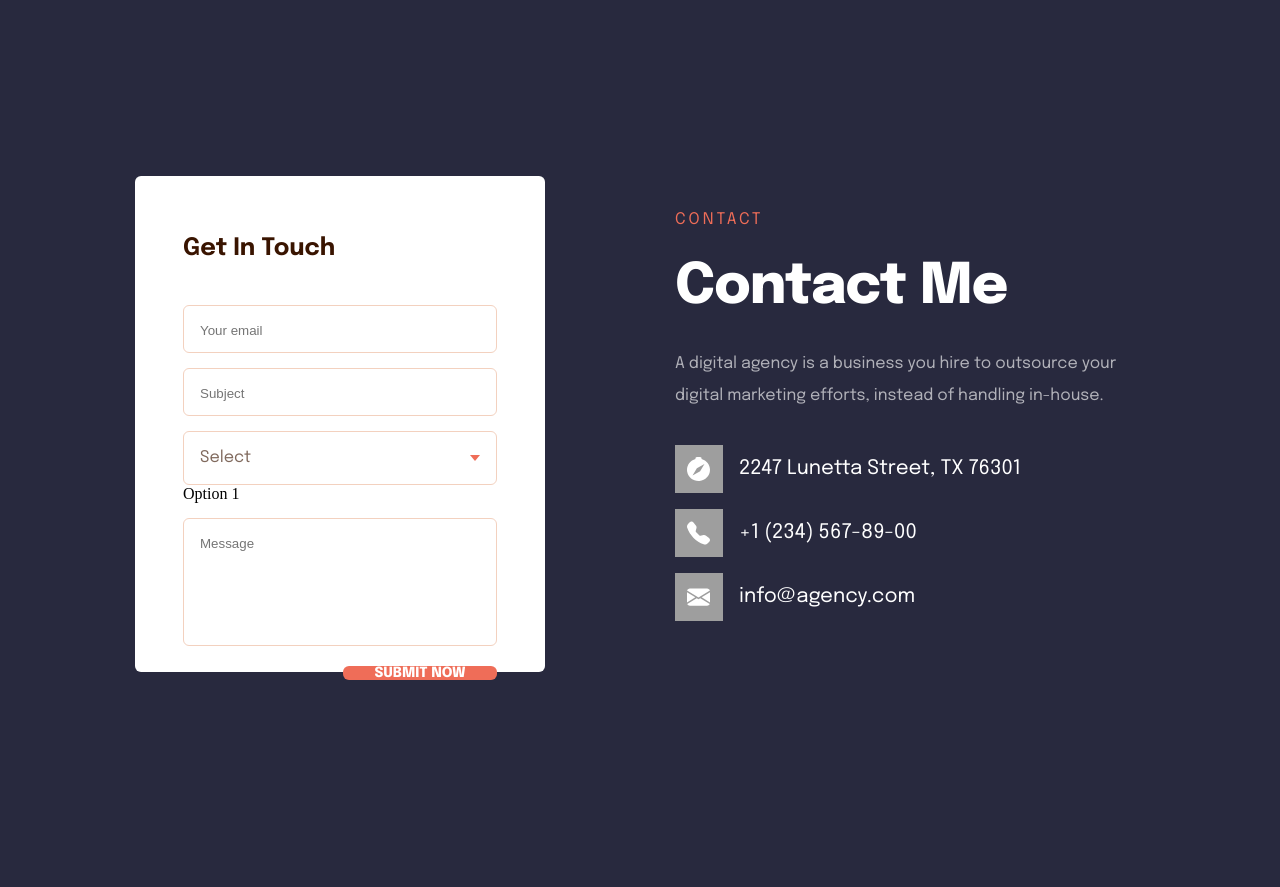
Repository: NatiqSamiyev/form-task-2
Page: index.html
These files come from the project's save history. The page is drawn as it stood at one moment and after a run of saves; the edit follows.
The browser window is 1280 px wide. The pictures show the whole page.
Pictures or frames that could not be fetched are drawn as grey boxes. Some web fonts or font styles are not loaded; a fallback is used.

Above is the page before, as saved 2023-10-26 11:47:44.

### index.html
<!DOCTYPE html>
<html lang="en">
  <head>
    <meta charset="UTF-8" />
    <meta name="viewport" content="width=device-width, initial-scale=1.0" />
    <title>Document</title>
    <link rel="stylesheet" href="index.css" />
  </head>
  <body>
    <div class="contact-container">
      <form action="">
        <h1>Get In Touch</h1>
        <label for="">
          <input type="email" placeholder="Your email" class="email-input" />
        </label>

        <label for="">
          <input type="text" placeholder="Subject" class="subject-input" />
        </label>
        <div class="select-option-box">
          <div class="select-box">
            <button>Select</button>
            <svg xmlns="http://www.w3.org/2000/svg" width="10" height="6" viewBox="0 0 10 6" fill="none">
              <path d="M5 6L10 0H0L5 6Z" fill="#EF6D58"/>
            </svg>
          </div>
  <div class="option-box">
    <p>Option 1</p>
  </div>
        </div>

        <label for="">
          <input
            class="text-message"
            placeholder="Message"
            class="message-input"
          />
        </label>

        <button class="submit-btn">Submit Now</button>
      </form>

      <div class="info-box">
        <div class="text-box">
          <h2>Contact</h2>
          <h3>Contact Me</h3>
          <p>
            A digital agency is a business you hire to outsource your digital
            marketing efforts, instead of handling in-house.
          </p>
        </div>

        <ul>
          <li>
            <img class="image-1" src="./image/Oval.svg" alt="" />
            <img class="image-2" src="./image/Shape.svg" alt="" />
            <p>2247 Lunetta Street, TX 76301</p>
          </li>

          <li>
            <img class="image-1" src="./image/Oval.svg" alt="" />
            <img class="image-2" src="./image/Path.svg" alt="" />
            <p>+1 (234) 567-89-00</p>
          </li>

          <li>
            <img class="image-1" src="./image/Oval.svg" alt="" />
            <img class="image-2" src="./image/Shape (1).svg" alt="" />
            <p>info@agency.com</p>
          </li>
        </ul>
      </div>
    </div>
  </body>
  <script src="/index.js"></script>
</html>

### index.css
@import url("https://fonts.googleapis.com/css2?family=Epilogue:wght@400;600;700;800&family=Inter:wght@400;500;600;700&family=Laila:wght@700&family=Open+Sans:wght@400;600;700;800&family=Roboto+Slab:wght@700&family=Roboto:wght@400;700&display=swap");

* {
  margin: 0;
  padding: 0;
  box-sizing: border-box;
}

.contact-container {
  width: 100%;
  min-height: 100vh;
  padding: 176px 135px 208px 135px;
  background: #28293e;
  display: flex;
  justify-content: space-between;
}

form {
  width: 570px;
  height: 496px;
  padding: 57px 48px 48px 48px;
  border-radius: 6px;
  background: #fff;
  display: flex;
  flex-direction: column;
  gap: 15px;
}

form h1 {
  margin-bottom: 25px;
  color: var(--Text_Dark, #391400);
  font-feature-settings: "clig" off, "liga" off;
  font-family: Epilogue;
  font-size: 24px;
  font-style: normal;
  font-weight: 700;
  line-height: 32px;
}

label {
  width: 100%;
}

input {
  width: 100%;
  height: 48px;
  padding: 9px 15px 7px 16px;
  border-radius: 6px;
  border: 1px solid #f3d1bf;
  background: #fff;
}

.text-message {
  height: 128px;
  padding: 9px 16px 87px 16px;
  margin-bottom: 5px;
}

form .submit-btn {
  width: 154px;
  margin-left: auto;
  height: 248px;
  border-radius: 6px;
  background: #ef6d58;
  border: none;
  color: #fff;
  text-align: center;
  font-family: Epilogue;
  font-size: 14px;
  font-style: normal;
  font-weight: 900;
  line-height: normal;
  text-transform: uppercase;
}

.info-box {
  margin-left: 130px;
  padding: 28px 0 58px 0;
}

.text-box {
  width: 470px;
  margin-bottom: 33px;
}

h2 {
  margin-bottom: 20px;
  color: var(--Text_Light_Accent, #ef6d58);
  font-feature-settings: "clig" off, "liga" off;
  font-family: Epilogue;
  font-size: 16px;
  font-style: normal;
  font-weight: 400;
  line-height: 32px;
  letter-spacing: 3px;
  text-transform: uppercase;
}

h3 {
  margin-bottom: 28px;
  color: var(--Text_Light, #fff);
  font-feature-settings: "clig" off, "liga" off;
  font-family: Epilogue;
  font-size: 56px;
  font-style: normal;
  font-weight: 800;
  line-height: 64px;
  letter-spacing: -1px;
}

.text-box p {
  color: var(--Text_Light_Gray, rgba(255, 255, 255, 0.64));
  font-feature-settings: "clig" off, "liga" off;
  font-family: Epilogue;
  font-size: 16px;
  font-style: normal;
  font-weight: 400;
  line-height: 32px;
}

ul li {
  list-style-type: none;
  display: flex;
  align-items: center;
}

.image-1 {
  width: 48px;
  height: 48px;
  fill: #ef6d58;
  position: relative;
}

.image-2 {
  width: 23px;
  height: 24px;
  fill: #fff;
  position: absolute;
  margin-left: 12px;
  /* margin-bottom: 0px; */
}

ul li p {
  margin-left: 16px;
  color: var(--Text_Light, #fff);
  font-feature-settings: "clig" off, "liga" off;
  font-family: Epilogue;
  font-size: 20px;
  font-style: normal;
  font-weight: 400;
  line-height: 32px;
}

ul li:nth-child(2) {
  margin-top: 16px;
}

ul li:last-child {
  margin-top: 16px;
}

.select-box{
  border-radius: 6px;
border: 1px solid #F3D1BF;
background: #FFF;
position: relative;
}
.select-box button{
  width: 100%;
  height: 100%;
  padding: 10px 16px;
background: none;
border: none;
  color: var(--Text_Dark_Gray, rgba(57, 20, 0, 0.64));
font-feature-settings: 'clig' off, 'liga' off;

/* Text */
font-family: Epilogue;
font-size: 16px;
font-style: normal;
font-weight: 400;
line-height: 32px; /* 200% */
text-align: start;

}
.select-box svg{

  position: absolute;
  right: 16px;
  top: 50%;
  transform: translateY(-50%);
}

### index.js
let btn = document.querySelector("button");
let form = document.querySelector("form");
let emailInput = document.querySelector(".email-input");
let subjectInput = document.querySelector(".subject-input");
let messageInput = document.querySelector(".message-input");

// btn.addEventListener("click", submitForm);
form.addEventListener("submit", submitForm);
function submitForm(a) {
  a.preventDefault();
  console.log(subjectInput.value, emailInput.value);
}

// emailInput.addEventListener("");

After the next 2 saves:
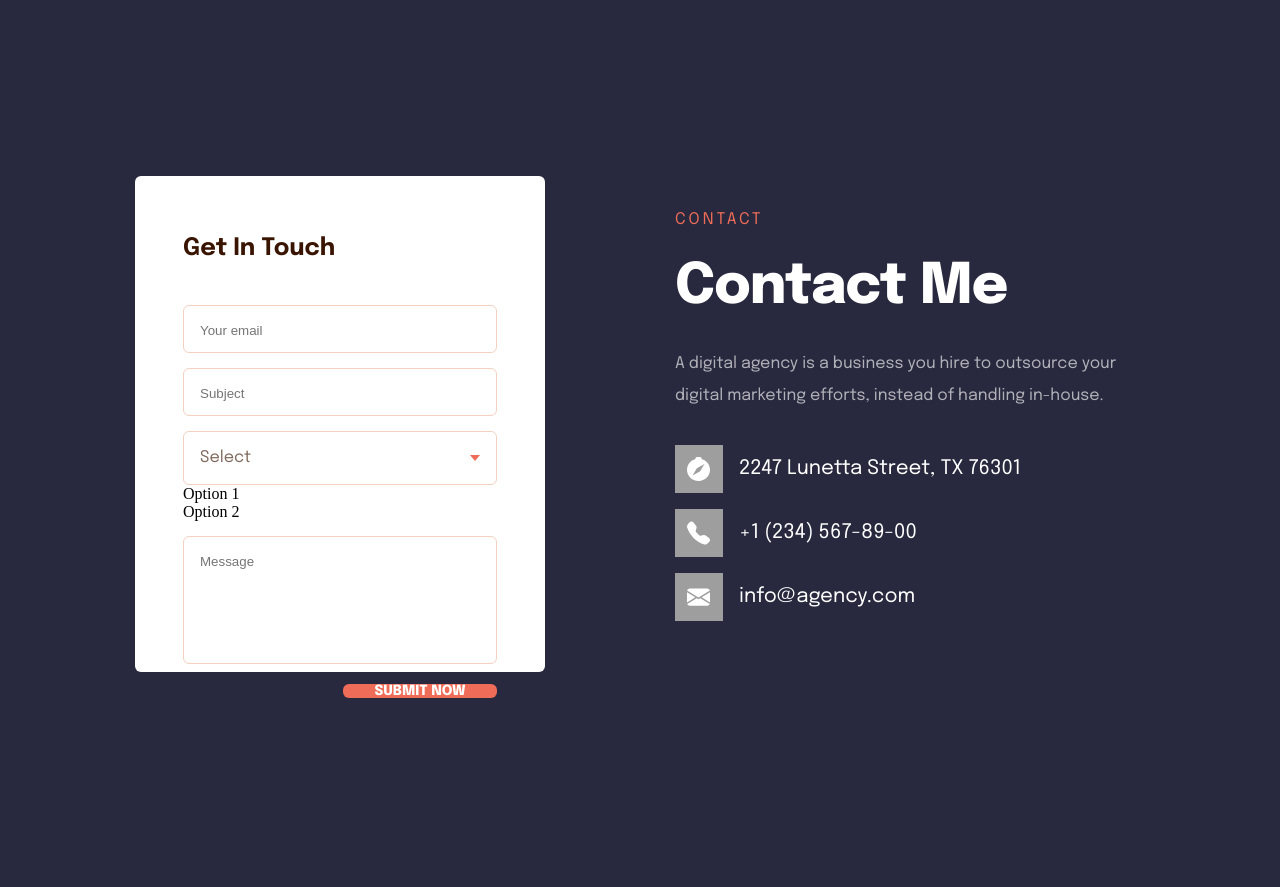
The 2 saves are shown as one change because they came seconds apart.
The last was saved 13 s later.
--- a/index.html
+++ b/index.html
@@ -26,6 +26,7 @@
           </div>
   <div class="option-box">
     <p>Option 1</p>
+    <p>Option 2</p>
   </div>
         </div>
 
